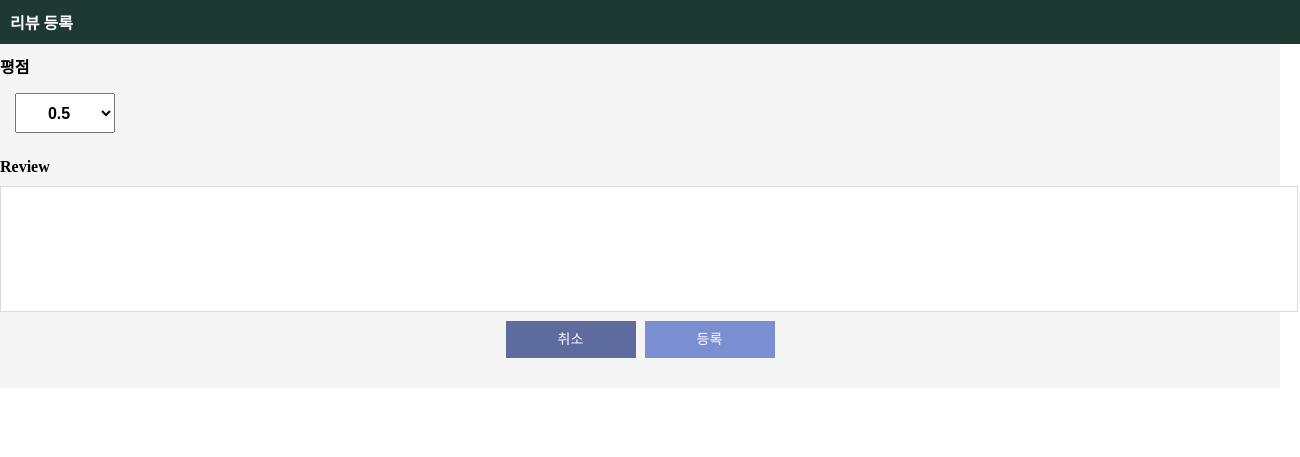
Repository: KimYoungHwans/Yproject
Page: http://localhost/Yproject/WEB-INF/views/replyEnroll.jsp
An editor plug-in stored every save of this project. The page is shown before and after the next save, followed by the edit.
The browser window is 1280 px wide. The page is 1300 px wide, so the pictures cover 1300 px, including what lies to the right of the window. The pictures show the whole page.
The page is served by Tomcat 9. Nobody is signed in. Other server files are loaded and not shown. The template is opened directly, without the code that normally fills it, so the values that code supplies are empty.

Above is the page before, as saved 2023-01-18 07:08:16.

### workspace/Yproject/src/main/webapp/WEB-INF/views/replyEnroll.jsp
<%@ page language="java" contentType="text/html; charset=UTF-8"
    pageEncoding="UTF-8"%>
<!DOCTYPE html>
<html>
<head>
<meta charset="UTF-8">
<title>Insert title here</title>

<script
  src="https://code.jquery.com/jquery-3.4.1.js"
  integrity="sha256-WpOohJOqMqqyKL9FccASB9O0KwACQJpFTUBLTYOVvVU="
  crossorigin="anonymous"></script>

   <style type="text/css">
  	/* 창 여분 없애기 */
  	body{
  		margin : 0;
  	}
  	/* 전체 배경화면 색상 */
  	.wrapper_div{
		background-color: #f5f5f5;
	    height: 100%;
  	}
 	/* 팝업창 제목 */
  	.subject_div{
	    width: 100%;
	    background-color: #1E3932;
	    color: white;
	    padding: 10px;
	    font-weight: bold;
  	}

  	/* 컨텐츠, 버튼 영역 padding */
  	.input_wrap{
  		padding: 30px;
  	}
  	.btn_wrap{
  		padding: 5px 30px 30px 30px;
  		text-align: center;
  	}

  	/* 버튼 영역 */
  	.cancle_btn{
  		margin-right:5px;
  	    display: inline-block;
	    width: 130px;
	    background-color: #5e6b9f;
	    padding-top: 10px;
	    height: 27px;
	    color: #fff;
	    font-size: 14px;
	    line-height: 18px;
  	}
  	.enroll_btn{
   	    display: inline-block;
	    width: 130px;
	    background-color: #7b8ed1;
	    padding-top: 10px;
	    height: 27px;
	    color: #fff;
	    font-size: 14px;
	    line-height: 18px;
  	}

	/* 상품제목 영역 */
	.productName_div h2{
		margin : 0;
	}
  	/* 평점 영역 */
  	.rating_div{
  		padding-top: 10px;
  	}
  	.rating_div h4{
  		margin : 0;
  	}
  	select{
  	margin: 15px;
    width: 100px;
    height: 40px;
    text-align: center;
    font-size: 16px;
    font-weight: 600;
  	}
  	/* 리뷰 작성 영역 */
  	.content_div{
  		padding-top: 10px;
  	}
  	.content_div h4{
  		margin : 0;
  	}
  	textarea{
		width: 100%;
	    height: 100px;
	    border: 1px solid #dadada;
	    padding: 12px 8px 12px 8px;
	    font-size: 15px;
	    color: #a9a9a9;
	    resize: none;
	    margin-top: 10px;
  	}

  </style>
</head>
<body>

	<div class="wrapper_div">
		<div class="subject_div">
			리뷰 등록
		</div>

		<div class="rating_div">
			<h4> 평점 </h4>
				<select name="rating">
					<option value="0.5">0.5</option>
					<option value="1.0">1.0</option>
					<option value="1.5">1.5</option>
					<option value="2.0">2.0</option>
					<option value="2.5">2.5</option>
					<option value="3.0">3.0</option>
					<option value="3.5">3.5</option>
					<option value="4.0">4.0</option>
					<option value="4.5">4.5</option>
					<option value="5.0">5.0</option>
				</select>
		</div>
		<div class="content_div">
			<h4>Review</h4>
			<textarea name="content"></textarea>
		</div>

		<div class="btn_wrap">
			<a class="cancle_btn">취소</a>
			<a class="enroll_btn">등록</a>
		</div>

	</div>


	<script>

	//취소 버튼
	$(".cancle_btn").on("click", function(e){

		window.close();
	});


	//등록 버튼
	$(".enroll_btn").on("click",function(e){

		const productId = '${productIntro.productId}';
		const memberId = '${memberId}';
		const rating = $("select").val();
		const content = $("textarea").val();

		const data = {
				productId : productId,
				memberId : memberId,
				rating : rating,
				content : content
		}

		$.ajax({
			data : data,
			type : 'POST',
			url : '/reply/enroll',
			success : function(result){

				//댓글 초기화 후 팝업 창 닫아주기
				$(opener.location).attr("href", "javascript:replyListInit();");
				window.close();

			}

		});
	});

	</script>

</body>
</html>

After the next save:
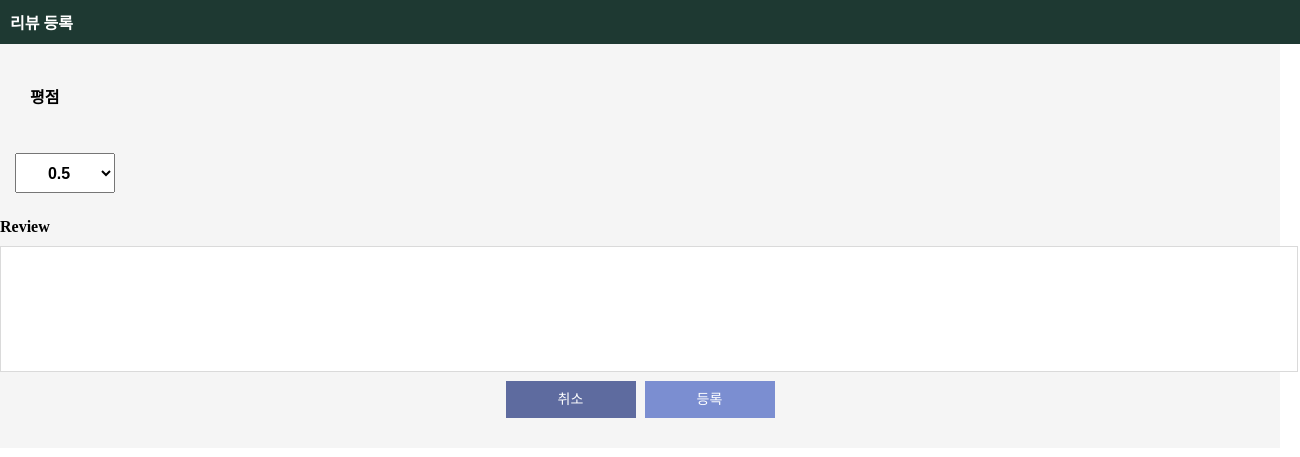
Saved 47 s later.
--- a/workspace/Yproject/src/main/webapp/WEB-INF/views/replyEnroll.jsp
+++ b/workspace/Yproject/src/main/webapp/WEB-INF/views/replyEnroll.jsp
@@ -71,7 +71,7 @@
   		padding-top: 10px;
   	}
   	.rating_div h4{
-  		margin : 0;
+  		margin : 30px;
   	}
   	select{
   	margin: 15px;
